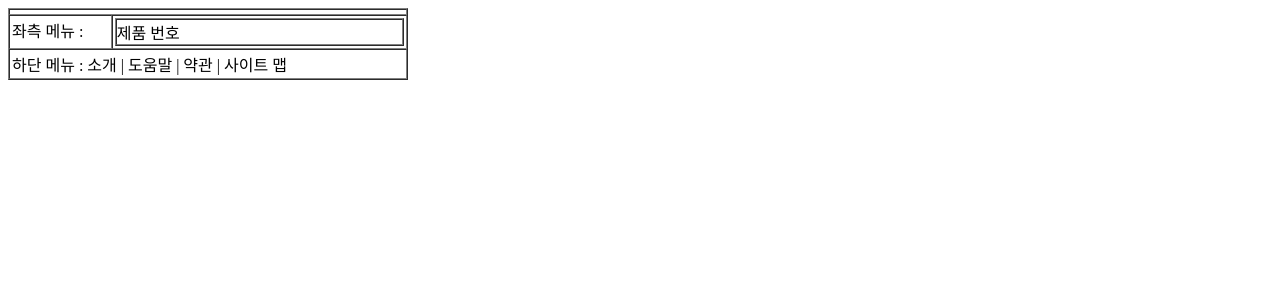
Repository: kr1124/jsp
Page: http://localhost/ServletProject/temp/mainPage.jsp
These files come from the project's save history. The page is drawn as it stood at one moment and after a run of saves; the edit follows.
The browser window is 1280 px wide. The pictures show the whole page.
The page is served by Tomcat 9.

Above is the page before, as saved 2024-12-05 01:55:38.

After the next 2 saves:
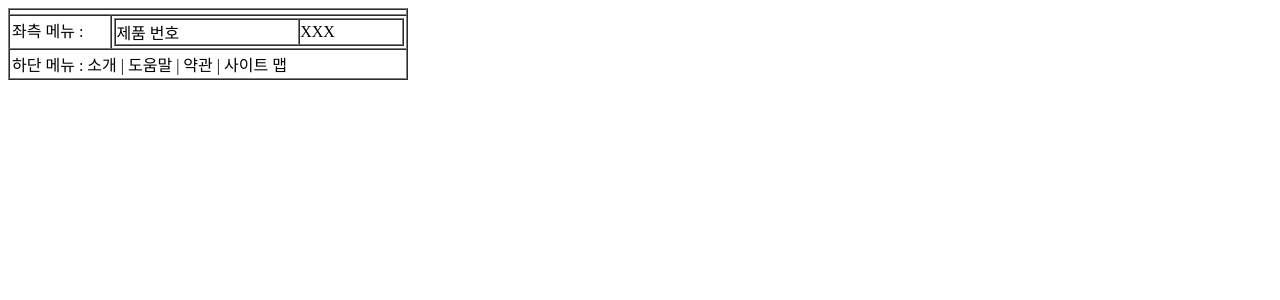
The 2 saves are shown as one change because they came seconds apart.
The last was saved 20 s later.
--- a/ServletProject/src/main/webapp/temp/template/info_view.jsp
+++ b/ServletProject/src/main/webapp/temp/template/info_view.jsp
@@ -2,7 +2,7 @@
     pageEncoding="UTF-8"%>
 <table width="100%" border="1" cellpadding="0" cellspacing="0" >
 	<tr>
-		<td>제품 번호</td>
+		<td>제품 번호</td> <td>XXX</td>
 	</tr>
 
 </table>
